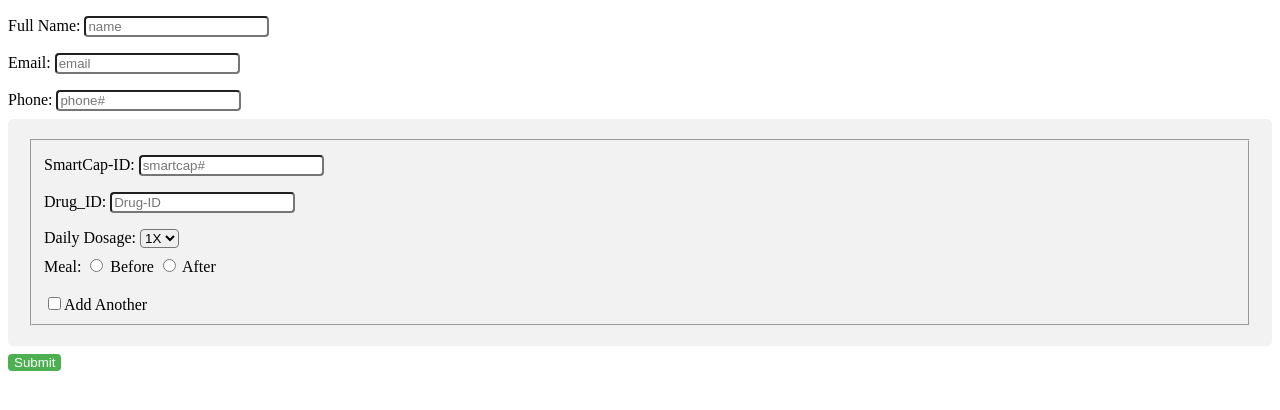
Repository: abhibroto0402/smartcap-service-node
Page: index.html
The author's editor kept a record of every edit. The page is drawn from the files as they stood at one moment, then again after the next edit.
The browser window is 1280 px wide. The pictures show the whole page.

Above is the page before.

After the next edit:
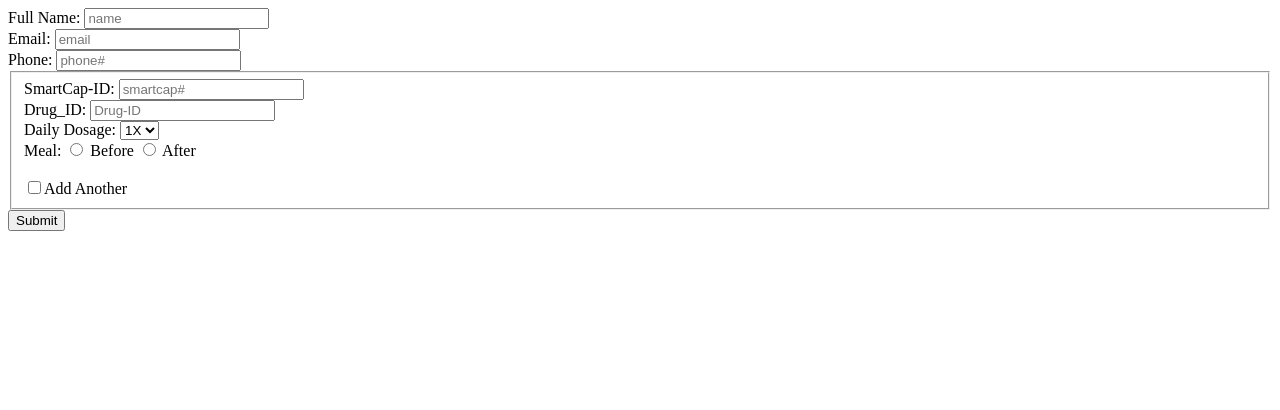
The edit:
--- a/index.html
+++ b/index.html
@@ -26,10 +26,10 @@
         var parent = document.getElementById('files');
          var newElement = document.createElement('fieldset');
          newElement.setAttribute('id', counter);
-         var html =  "SmartCap-ID: <input type=\"text\" placeholder=\"smartcap#\" name=\"smartcap["+ counter +"]\"> <br> ";
-         html= html + "Drug_ID: <input type=\"text\" placeholder=\"Drug-ID\" name=\"smartcap["+counter+"]\" id=\"drug_id\"><br> ";
-         html= html + "Daily Dosage: <select name=\"smartcap["+counter+"]\" id=\"Drug_ID\"><option value=\"1X\">1X</option><option value=\"2X\">2X</option><option value=\"3X\">3X</option><option value=\"4X\">4X</option></select><br>";
-         html = html + "Meal:<input type=\"radio\" name=\"smartcap["+counter+"]\" id=\"Meal\" value=\"Before\"> Before<input type=\"radio\" name=\"smartcap["+counter+"]\" id=\"Meal\" value=\"After\"> After <br><br><input type=\"checkbox\" name=\"add\" onchange=\"addElements(this)\">Add Another<br>";
+         var html =  "SmartCap-ID: <input type=\"text\" placeholder=\"smartcap#\" name=\"smartcap"+ counter +"\"> <br> ";
+         html= html + "Drug_ID: <input type=\"text\" placeholder=\"Drug-ID\" name=\"smartcap"+counter+"\" id=\"drug_id\"><br> ";
+         html= html + "Daily Dosage: <select name=\"smartcap"+counter+"\" id=\"Drug_ID\"><option value=\"1X\">1X</option><option value=\"2X\">2X</option><option value=\"3X\">3X</option><option value=\"4X\">4X</option></select><br>";
+         html = html + "Meal:<input type=\"radio\" name=\"smartcap"+counter+"\" id=\"Meal\" value=\"Before\"> Before<input type=\"radio\" name=\"smartcap"+counter+"\" id=\"Meal\" value=\"After\"> After <br><br><input type=\"checkbox\" name=\"add\" onchange=\"addElements(this)\">Add Another<br>";
          newElement.innerHTML =html;
          parent.appendChild(newElement);
 
@@ -39,19 +39,19 @@
 <body>
 
 <style>
-input[type=text], select {
+input[type=text, select {
     margin: 8px 0;
     display: inline-block;
     border-radius: 4px;
 }
 
-input[type=email], select {
+input[type=email, select {
     margin: 8px 0;
     display: inline-block;
     border-radius: 4px;
 }
 
-button[type=submit] {
+buttontype=submit {
     background-color: #4CAF50;
     color: white;
     margin: 8px 0;
@@ -60,7 +60,7 @@
     cursor: pointer;
 }
 
-input[type=submit]:hover {
+inputtype=submit:hover {
     background-color: #45a049;
 }
 
@@ -77,17 +77,17 @@
     Phone: <input type="text" placeholder="phone#" name="phone" onblur="checkTextField(this)"><br>
     <div id="files">
         <fieldset id="0">
-            SmartCap-ID: <input type="text" placeholder="smartcap#" name="smartcap[0]" onblur="checkTextField(this)"> <br>
-            Drug_ID: <input type="text" placeholder="Drug-ID" name="smartcap[0]" id="drug_id" onblur="checkTextField(this)"><br>
-            Daily Dosage: <select name="smartcap[0]" id="Drug_ID">
+            SmartCap-ID: <input type="text" placeholder="smartcap#" name="smartcap0" onblur="checkTextField(this)"> <br>
+            Drug_ID: <input type="text" placeholder="Drug-ID" name="smartcap0" id="drug_id" onblur="checkTextField(this)"><br>
+            Daily Dosage: <select name="smartcap0" id="Drug_ID">
                 <option value="1X">1X</option>
                 <option value="2X">2X</option>
                 <option value="3X">3X</option>
                 <option value="4X">4X</option>
             </select>
             <br> Meal:
-            <input type="radio" name="smartcap[0]" id="Meal" value="Before"> Before
-            <input type="radio" name="smartcap[0]" id="Meal" value="After"> After <br>
+            <input type="radio" name="smartcap0" id="Meal" value="Before"> Before
+            <input type="radio" name="smartcap0" id="Meal" value="After"> After <br>
             <br>
             <input type="checkbox" name="add" onchange="addElements(this)">Add Another
             <br>
